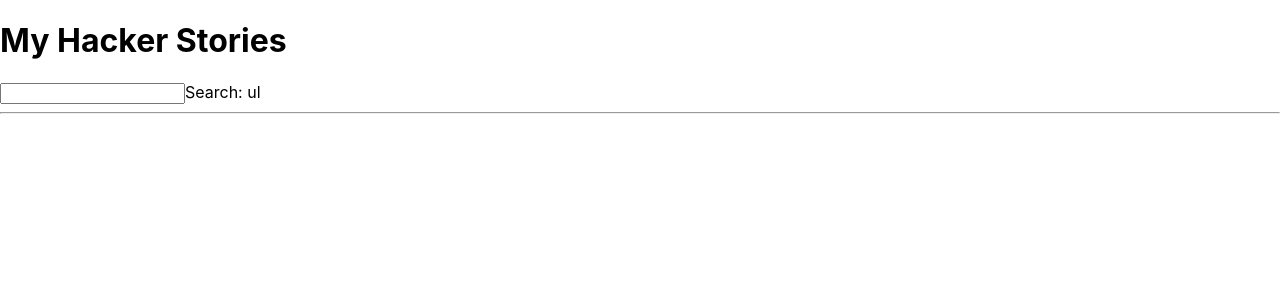
Repository: m-ahmadshaikh/FullStackProjects
Page: / (app in 03-react/hacker-stories/)
These files come from the project's save history. The page is drawn as it stood at one moment and after the next save; the edit follows.
The browser window is 1280 px wide. The pictures show the whole page.
The project was rebuilt for these pictures with package versions that can differ from the ones it lists, and the page was loaded fresh each time. Also part of the build but not shown: 03-react/hacker-stories/src/App.css.

Above is the page before, as saved 2022-08-24 09:39:40.

After the next save:
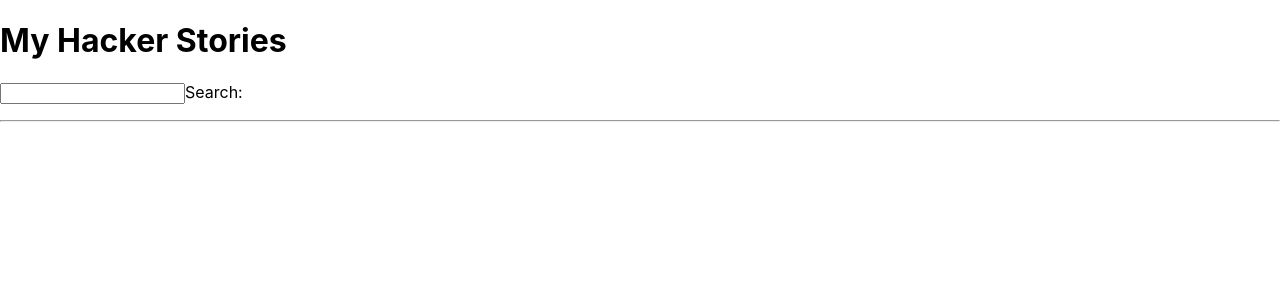
Saved 11 s later.
--- a/03-react/hacker-stories/src/App.jsx
+++ b/03-react/hacker-stories/src/App.jsx
@@ -33,7 +33,9 @@
         Search:
         {' '}
       </label>
-      ul
+      <ul>
+
+      </ul>
       <hr />
     </div>
   );
